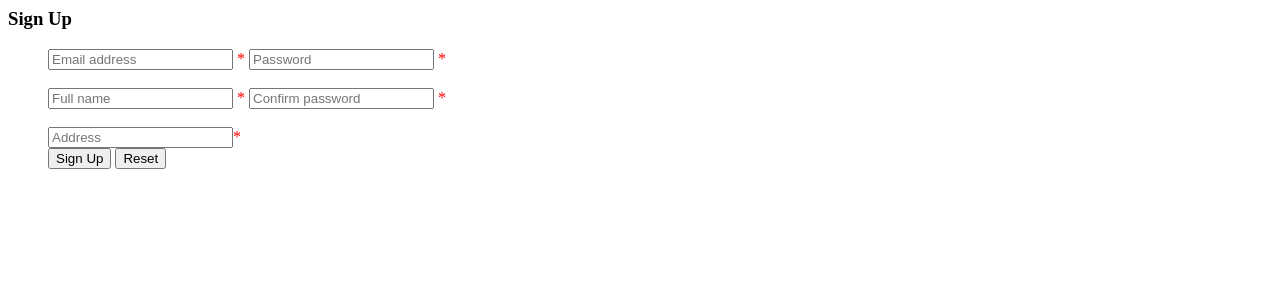
Repository: mihaisitaru/bazar
Page: http://localhost/php/work3/registration.php
The author's editor kept a record of every edit. The page is drawn from the files as they stood at one moment, then again after the next edit.
The browser window is 1280 px wide. The pictures show the whole page.
The page is run by PHP 8.4 with error messages shown; the project is at /var/www/html/.

Above is the page before.

### php/work3/registration.php
<?php
require_once('config/general.php');
?>
<html>
<head>
<title>Create new account</title>
<style>
.error {color: #FF0000;}
</style>
</head>
<body>
<h3>Sign Up</h3>
<form action="<?php echo htmlspecialchars('/php/work3/api/user/signUpUser.php') ?>" method="POST">
    <ul type="none">
        <!--<li><input type="email" name="email" placeholder="Email address" />-->
        <li><input type="text" name="email" placeholder="Email address" /> <span class="error"><?php echo _ERROR_REQUIRED_STAR_FIELD_MSG;?></span>
        <input type="password" name="password" placeholder="Password" /> <span class="error"><?php echo _ERROR_REQUIRED_STAR_FIELD_MSG;?></span></li><br />
        <li><input type="text" name="fullName" placeholder="Full name" /> <span class="error"><?php echo _ERROR_REQUIRED_STAR_FIELD_MSG;?></span>
        <input type="password" name="passwordConfirm" placeholder="Confirm password" /> <span class="error"><?php echo _ERROR_REQUIRED_STAR_FIELD_MSG;?></span> </li><br />
        <input type="text" name="address" placeholder="Address" /><span class="error"><?php echo _ERROR_REQUIRED_STAR_FIELD_MSG;?></span></li>
        <li><input type="submit" value="Sign Up" />
        <input type="reset" value="Reset" /></li>
    </ul>
</form>

</body>
</html>

### php/work3/config/general.php
<?php
session_start();
require_once(__DIR__.'/constants.php');
?>

<?php
require_once(__DIR__.'/../'._LIB_FOLDER.'/databaseHelper.php');
databaseConnect();

### php/work3/config/constants.php
<?php
/*
*                                         $$\                          $$\                             $$\
*                                          $$ |                         $$ |                            $$ |
* $$$$$$$\  $$$$$$\  $$$$$$$\   $$$$$$$\ $$$$$$\    $$$$$$\  $$$$$$$\ $$$$$$\    $$$$$$$\      $$$$$$\  $$$$$$$\   $$$$$$\
*$$  _____|$$  __$$\ $$  __$$\ $$  _____|\_$$  _|   \____$$\ $$  __$$\\_$$  _|  $$  _____|    $$  __$$\ $$  __$$\ $$  __$$\
*$$ /      $$ /  $$ |$$ |  $$ |\$$$$$$\    $$ |     $$$$$$$ |$$ |  $$ | $$ |    \$$$$$$\      $$ /  $$ |$$ |  $$ |$$ /  $$ |
*$$ |      $$ |  $$ |$$ |  $$ | \____$$\   $$ |$$\ $$  __$$ |$$ |  $$ | $$ |$$\  \____$$\     $$ |  $$ |$$ |  $$ |$$ |  $$ |
*\$$$$$$$\ \$$$$$$  |$$ |  $$ |$$$$$$$  |  \$$$$  |\$$$$$$$ |$$ |  $$ | \$$$$  |$$$$$$$  |$$\ $$$$$$$  |$$ |  $$ |$$$$$$$  |
* \_______| \______/ \__|  \__|\_______/    \____/  \_______|\__|  \__|  \____/ \_______/ \__|$$  ____/ \__|  \__|$$  ____/
*                                                                                            $$ |                $$ |
*                                                                                             $$ |                $$ |
*                                                                                             \__|                \__|
*/
 //constants for navigating folders
 define("_LIB_FOLDER", "lib");
 define("_API_FOLDER", "api");
 //db details
 define("_DB_HOST", "127.0.0.1");
 define("_DB_USER", "mihaisitaru");
 define("_DB_PASSWORD", "");
 define("_DB_NAME", "bazar_shop_online");
 define("_DB_PORT", "3306");
 //constants for errors
 /**************************************************************************************************************************/
 #connection
 define("_ERROR_DB_CONNECTION_CODE", "db1000");
 define("_ERROR_DB_CONNECTION_MSG", "Can't connect to the specified Database with the specified IP.");
 #user
 define("_ERROR_EMAIL_OR_PASSWORD_NOT_SPECIFIED_CODE", "u1001");
 define("_ERROR_EMAIL_OR_PASSWORD_NOT_SPECIFIED_MSG", "Email or password not specified");
 define("_ERROR_EMAIL_NOT_SPECIFIED_CODE", "u1001e");
 define("_ERROR_EMAIL_NOT_SPECIFIED_MSG", "Email not specified");
 define("_ERROR_EMAIL_OR_PASSWORD_NOT_CORRECT_CODE", "u1002");
 define("_ERROR_EMAIL_OR_PASSWORD_NOT_CORRECT_MSG", "Email or password is not correct");
 define("_ERROR_EMAIL_NOT_CORRECT_CODE", "u1002e");
 define("_ERROR_EMAIL_NOT_CORRECT_MSG", "Email is not correct");
 define("_ERROR_USER_NOT_LOGGED_IN_CODE", "u1003");
 define("_ERROR_USER_NOT_LOGGED_IN_MSG", "You are not logged in. Please authenticate first in order to get access to this functionality.");
 define("_ERROR_REQUIRED_STAR_FIELD_CODE", "u1004");
 define("_ERROR_REQUIRED_STAR_FIELD_MSG", "*");
 define("_ERROR_REQUIRED_FIELD_CODE", "u1005");
 define("_ERROR_REQUIRED_FIELD_MSG", "*required field");
 define("_ERROR_USER_MUST_LOGIN_FIRST_CODE", "u1006");
 define("_ERROR_USER_MUST_LOGIN_FIRST_MSG", "You are not logged in. Please login first in order to be able to logout.");
 define("_ERROR_USER_NOT_RECOGNIZED_CODE", "u1007");
 define("_ERROR_USER_NOT_RECOGNIZED_MSG", "There is no account with this email. Do you want to create one?");
 define("_ERROR_DETAILS_NOT_SPECIFIED_CODE", "u1008");
 define("_ERROR_DETAILS_NOT_SPECIFIED_MSG", "All fields are required. Please add values to them.");
 define("_ERROR_EMAIL_ALREADY_EXISTS_CODE", "u1009");
 define("_ERROR_EMAIL_ALREADY_EXISTS_MSG", "An account with this email address already exists. Please choose another one.");
 define("_ERROR_PASSWORDS_DO_NOT_MATCH_CODE", "u1010");
 define("_ERROR_PASSWORDS_DO_NOT_MATCH_MSG", "Inserted passwords do not match. Please try again.");
 define("_ERROR_DETAILS_NOT_UPDATED_CODE", "u1011");
 define("_ERROR_DETAILS_NOT_UPDATED_MSG", "We could't update your info. Please try again.");
 define("_ERROR_ACCOUNT_NOT_CREATED_CODE", "u1012");
 define("_ERROR_ACCOUNT_NOT_CREATED_MSG", "Account not created. Please try again.");
 #category
 define("_ERROR_CATEGORY_NAME_OR_STATUS_NOT_SPECIFIED_CODE", "ca1000");
 define("_ERROR_CATEGORY_NAME_OR_STATUS_NOT_SPECIFIED_MSG", "Category name or status not specified.");
 define("_ERROR_CATEGORY_NOT_CREATED_CODE", "ca1001");
 define("_ERROR_CATEGORY_NOT_CREATED_MSG", "Category not created.");
 define("_ERROR_CATEGORY_NOT_FOUND_CODE", "ca1002");
 define("_ERROR_CATEGORY_NOT_FOUND_MSG", "Category not found.");
 define("_ERROR_CATEGORY_NOT_DELETED_CODE", "ca1003");
 define("_ERROR_CATEGORY_NOT_DELETED_MSG", "Category not deleted.");
 define("_ERROR_CATEGORY_NOT_UPDATED_CODE", "ca1004");
 define("_ERROR_CATEGORY_NOT_UPDATED_MSG", "Category not updated.");
 define("_ERROR_NO_CATEGORY_WAS_FOUND_CODE", "ca1005");
 define("_ERROR_NO_CATEGORY_WAS_FOUND_MSG", "No category was found.");
 define("_ERROR_CATEGORY_ID_NAME_OR_STATUS_NOT_SPECIFIED_CODE", "ca1006");
 define("_ERROR_CATEGORY_ID_NAME_OR_STATUS_NOT_SPECIFIED_MSG", "Category id, name or status not specified.");
 define("_ERROR_CATEGORY_NOT_SPECIFIED_CODE", "ca1007");
 define("_ERROR_CATEGORY_NOT_SPECIFIED_MSG", "Category not specified.");
 #product
 define("_ERROR_PRODUCT_DETAILS_NOT_SPECIFIED_CODE", "p1000");
 define("_ERROR_PRODUCT_DETAILS_NOT_SPECIFIED_MSG", "Product details not specified.");
 define("_ERROR_PRODUCT_NOT_CREATED_CODE", "p1001");
 define("_ERROR_PRODUCT_NOT_CREATED_MSG", "Product not added.");
 define("_ERROR_PRODUCT_NOT_FOUND_CODE", "p1002");
 define("_ERROR_PRODUCT_NOT_FOUND_MSG", "Product not found.");
 define("_ERROR_NO_PRODUCT_WAS_FOUND_CODE", "p1003");
 define("_ERROR_NO_PRODUCT_WAS_FOUND_MSG", "No product was found.");
 define("_ERROR_PRODUCT_NOT_DELETED_CODE", "p1004");
 define("_ERROR_PRODUCT_NOT_DELETED_MSG", "Product not deleted.");
 define("_ERROR_PRODUCT_NOT_UPDATED_CODE", "p1005");
 define("_ERROR_PRODUCT_NOT_UPDATED_MSG", "Product not updated.");
 define("_ERROR_IMAGE_NOT_SELECTED_CODE", "p1006");
 define("_ERROR_IMAGE_NOT_SELECTED_MSG", "Image not selected.");
 define("_ERROR_IMAGE_NOT_UPLOADED_CODE", "p1007");
 define("_ERROR_IMAGE_NOT_UPLOADED_MSG", "Image not uploaded.");
 define("_ERROR_IMAGE_NOT_SPECIFIED_CODE", "p1008");
 define("_ERROR_IMAGE_NOT_SPECIFIED_MSG", "Image not specified.");
 define("_ERROR_IMAGE_NOT_DELETED_CODE", "p1009");
 define("_ERROR_IMAGE_NOT_DELETED_MSG", "Image not deleted.");
 define("_ERROR_PRODUCTS_NOT_DEFINED_CODE", "p1010");
 define("_ERROR_PRODUCTS_NOT_DEFINED_MSG", "Products not defined.");
 define("_ERROR_NO_PRODUCT_IN_SPECIFIED_CATEGORY_FOUND_CODE", "p1011");
 define("_ERROR_NO_PRODUCT_IN_SPECIFIED_CATEGORY_FOUND_MSG", "No product in specified category found.");
 define("_ERROR_PRODUCT_OR_CATEGORY_NOT_FOUND_CODE", "p1012");
 define("_ERROR_PRODUCT_OR_CATEGORY_NOT_FOUND_MSG", "Product or category not found.");
 define("_ERROR_PRODUCT_IMAGE_NOT_FOUND_CODE", "p1013");
 define("_ERROR_PRODUCT_IMAGE_NOT_FOUND_MSG", "Product image not found.");
 define("_ERROR_NO_IMAGE_FOUND_CODE", "p1014");
 define("_ERROR_NO_IMAGE_FOUND_MSG", "No image found.");
 define("_ERROR_NO_HOTDEAL_WAS_FOUND_CODE", "p1015");
 define("_ERROR_NO_HOTDEAL_WAS_FOUND_MSG", "No product was found.");
 define("_ERROR_NO_DATA_WAS_FOUND_CODE", "p1016");
 define("_ERROR_NO_DATA_WAS_FOUND_MSG", "No data was found.");
 define("_ERROR_NO_CUSTOMER_SUPPORT_WAS_FOUND_CODE", "p1017");
 define("_ERROR_NO_CUSTOMER_SUPPORT_WAS_FOUND_MSG", "No customer support data was found.");
 #order
 define("_ERROR_ORDER_NOT_SPECIFIED_CODE", "o1000");
 define("_ERROR_ORDER_NOT_SPECIFIED_MSG", "Order not specified.");
 define("_ERROR_ORDER_NOT_FOUND_CODE", "o1001");
 define("_ERROR_ORDER_NOT_FOUND_MSG", "Order not found.");
 define("_ERROR_CART_IS_EMPTY_CODE", "o1002");
 define("_ERROR_CART_IS_EMPTY_MSG", "Cart is empty.");
 define("_ERROR_ORDER_NOT_PROCESSED_CODE", "o1003");
 define("_ERROR_ORDER_NOT_PROCESSED_MSG", "Order not processed.");
 define("_ERROR_CART_NOT_EMPTIED_OUT_CODE", "o1004");
 define("_ERROR_CART_NOT_EMPTIED_OUT_MSG", "Cart not emptied out.");
 #currency
 define("_ERROR_CURRENCY_NAME_CODE_OR_STATUS_NOT_SPECIFIED_CODE", "cu1000");
 define("_ERROR_CURRENCY_NAME_CODE_OR_STATUS_NOT_SPECIFIED_MSG", "Currency name, code or status not specified.");
 define("_ERROR_CURRENCY_NOT_CREATED_CODE", "cu1001");
 define("_ERROR_CURRENCY_NOT_CREATED_MSG", "Currency not created.");
 define("_ERROR_CURRENCY_NOT_FOUND_CODE", "cu1002");
 define("_ERROR_CURRENCY_NOT_FOUND_MSG", "Currency not found.");
 define("_ERROR_CURRENCY_NOT_DELETED_CODE", "cu1003");
 define("_ERROR_CURRENCY_NOT_DELETED_MSG", "Currency not deleted.");
 define("_ERROR_CURRENCY_NOT_UPDATED_CODE", "cu1004");
 define("_ERROR_CURRENCY_NOT_UPDATED_MSG", "Currency not updated.");
 define("_ERROR_NO_CURRENCY_WAS_FOUND_CODE", "cu1005");
 define("_ERROR_NO_CURRENCY_WAS_FOUND_MSG", "No currency was found.");
 define("_ERROR_CURRENCY_CODE_OR_STATUS_NOT_SPECIFIED_CODE", "cu1006");
 define("_ERROR_CURRENCY_CODE_OR_STATUS_NOT_SPECIFIED_MSG", "Currency code or status not specified.");
 define("_ERROR_CURRENCY_CODE_NAME_OR_STATUS_NOT_SPECIFIED_CODE", "cu1007");
 define("_ERROR_CURRENCY_CODE_NAME_OR_STATUS_NOT_SPECIFIED_MSG", "Currency code, name or status not specified.");

### php/work3/lib/databaseHelper.php
<?php
require_once('outputHelper.php');

function databaseConnect() {
    global $db;
    $db = mysqli_connect(_DB_HOST, _DB_USER, _DB_PASSWORD, _DB_NAME, _DB_PORT);

    if (mysqli_connect_error()) {
        throwJSONError(_ERROR_DB_CONNECTION_CODE, _ERROR_DB_CONNECTION_MSG);
        exit();
    }
    else {
        mysqli_set_charset($db, 'utf8');
    }
}

### php/work3/lib/outputHelper.php
<?php

function returnHeader() {
    header('Content-Type: application/json');
}

function throwJSONError($errorCode, $errorMessage) {
    $result = array(
        "successful" => false,
        "errorCode" => $errorCode,
        "errorMessage" => $errorMessage
    );
    $encodedJSON = json_encode($result);
    echo $encodedJSON;
    exit();
}

function echoJSONOutput($out = array()) {
    $newOut = array("successful" => true);

    if (is_array($out) AND count($out) > 0) {
        $newOut['details'] = $out;
    }
    http_response_code(400);
    echo json_encode($newOut);
    exit();
}

After the next edit:
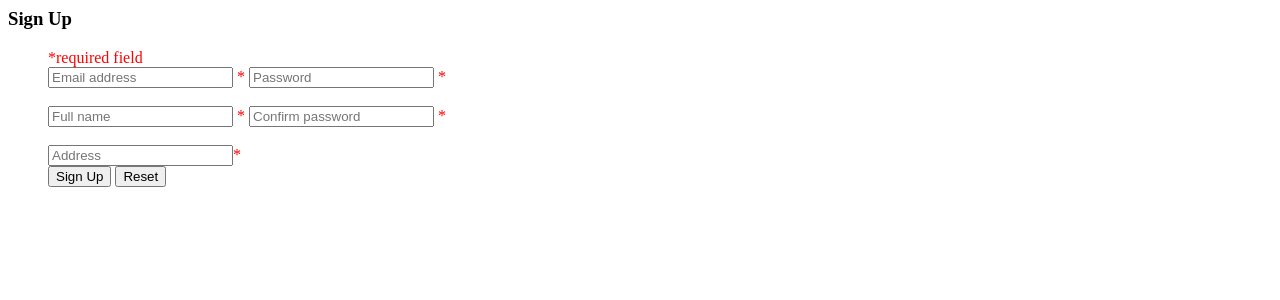
The edit:
--- a/php/work3/registration.php
+++ b/php/work3/registration.php
@@ -13,6 +13,7 @@
 <form action="<?php echo htmlspecialchars('/php/work3/api/user/signUpUser.php') ?>" method="POST">
     <ul type="none">
         <!--<li><input type="email" name="email" placeholder="Email address" />-->
+        <span class=error>*required field</span>
         <li><input type="text" name="email" placeholder="Email address" /> <span class="error"><?php echo _ERROR_REQUIRED_STAR_FIELD_MSG;?></span>
         <input type="password" name="password" placeholder="Password" /> <span class="error"><?php echo _ERROR_REQUIRED_STAR_FIELD_MSG;?></span></li><br />
         <li><input type="text" name="fullName" placeholder="Full name" /> <span class="error"><?php echo _ERROR_REQUIRED_STAR_FIELD_MSG;?></span>
